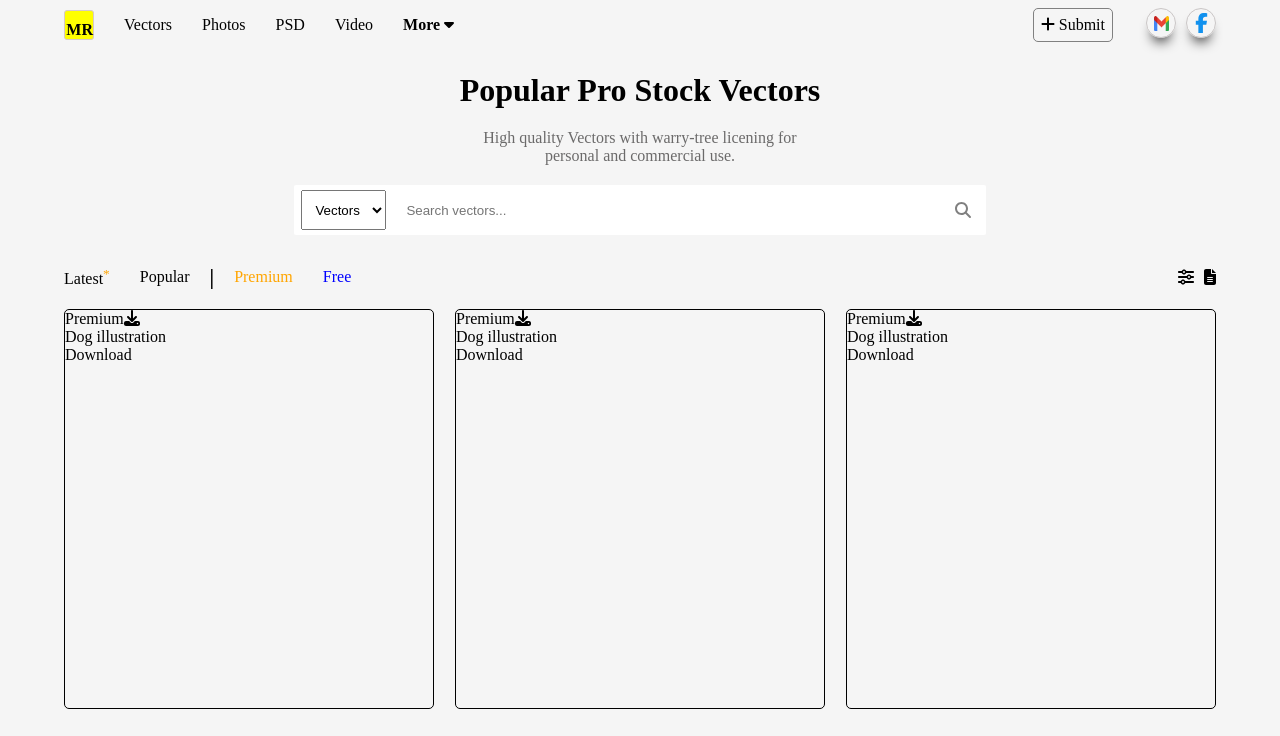
Repository: kegbaDev/VectorTemplate
Page: /
These files come from the project's save history. The page is drawn as it stood at one moment and after a run of saves; the edit follows.
The browser window is 1280 px wide. The pictures show the whole page.
The project was rebuilt for these pictures with package versions that can differ from the ones it lists, and the page was loaded fresh each time. Also part of the build but not shown: vite.config.js.

Above is the page before, as saved 2023-04-11 23:51:24.

After the next 4 saves:
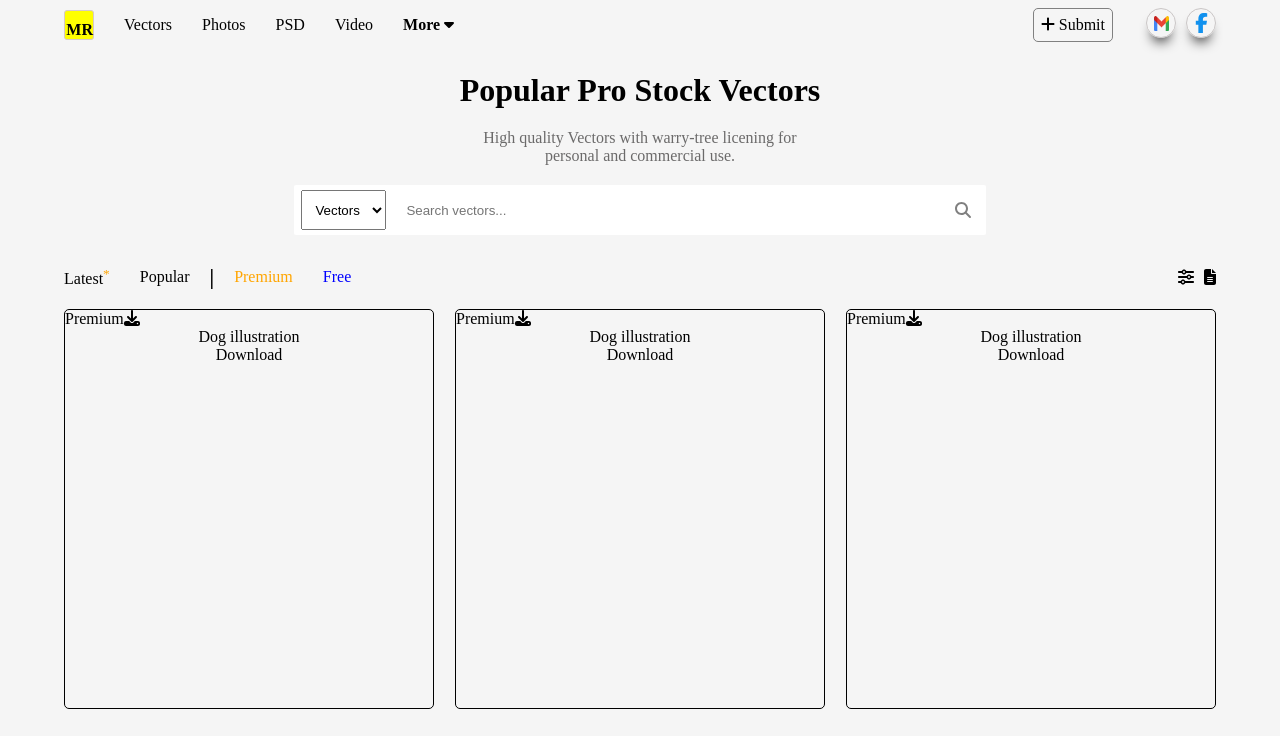
The 4 saves are shown as one change because they came seconds apart.
The last was saved 75 s later.
--- a/src/App.vue
+++ b/src/App.vue
@@ -250,6 +250,9 @@ select{
   border: 1px solid black;
   border-radius: 5px;
 }
+.main_card p{
+  text-align: center;
+}
 
 
 </style>
